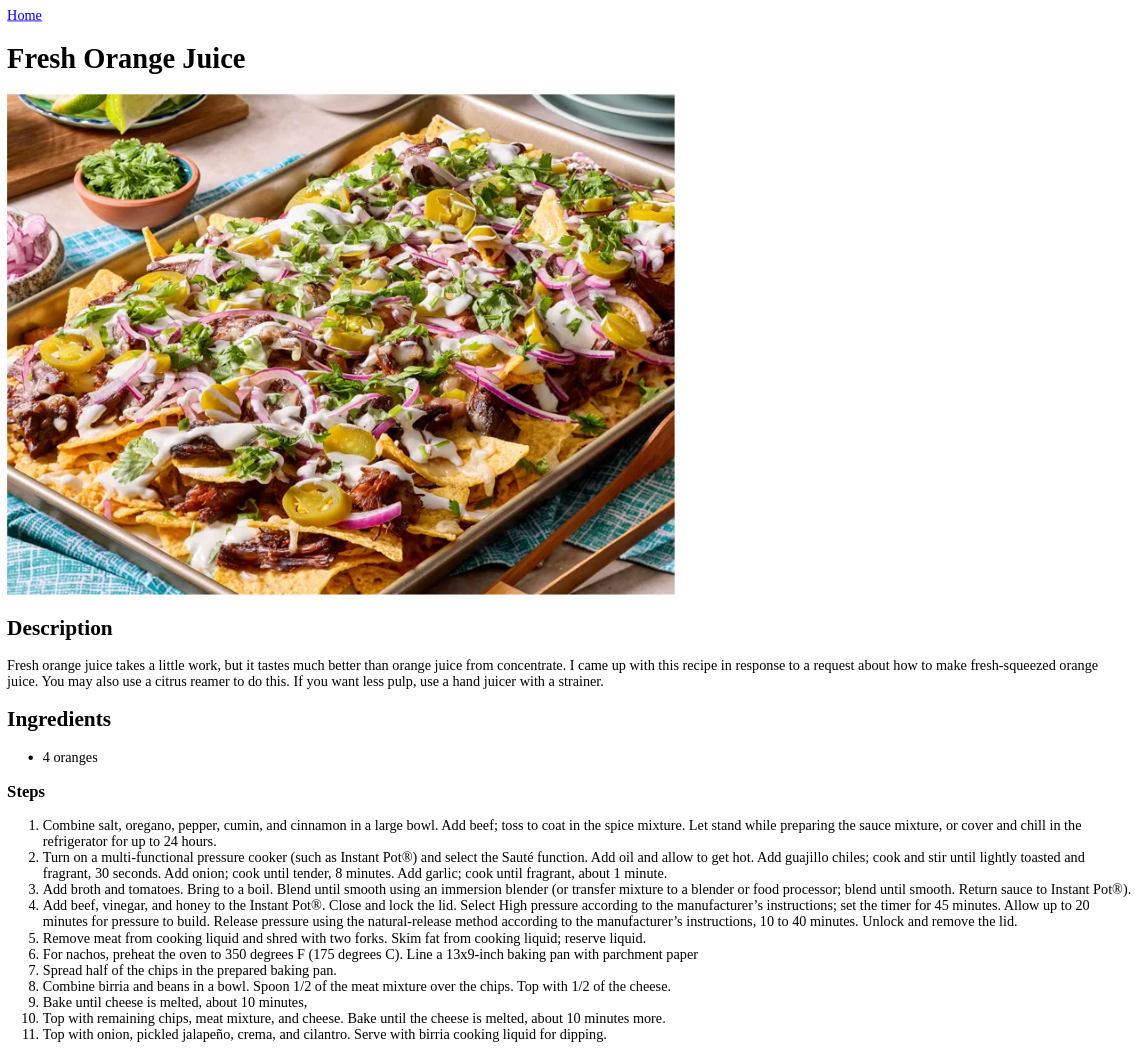
Repository: itsDevAK/odin-recipes
Page: recipes/orange-juice.html
An editor plug-in stored every save of this project. The page is shown before and after a run of saves, followed by the edit.
The browser window is 1280 px wide. The pictures show the whole page, at 89% of full size.

Above is the page before, as saved 2026-09-17 13:15:39.

After the next 2 saves:
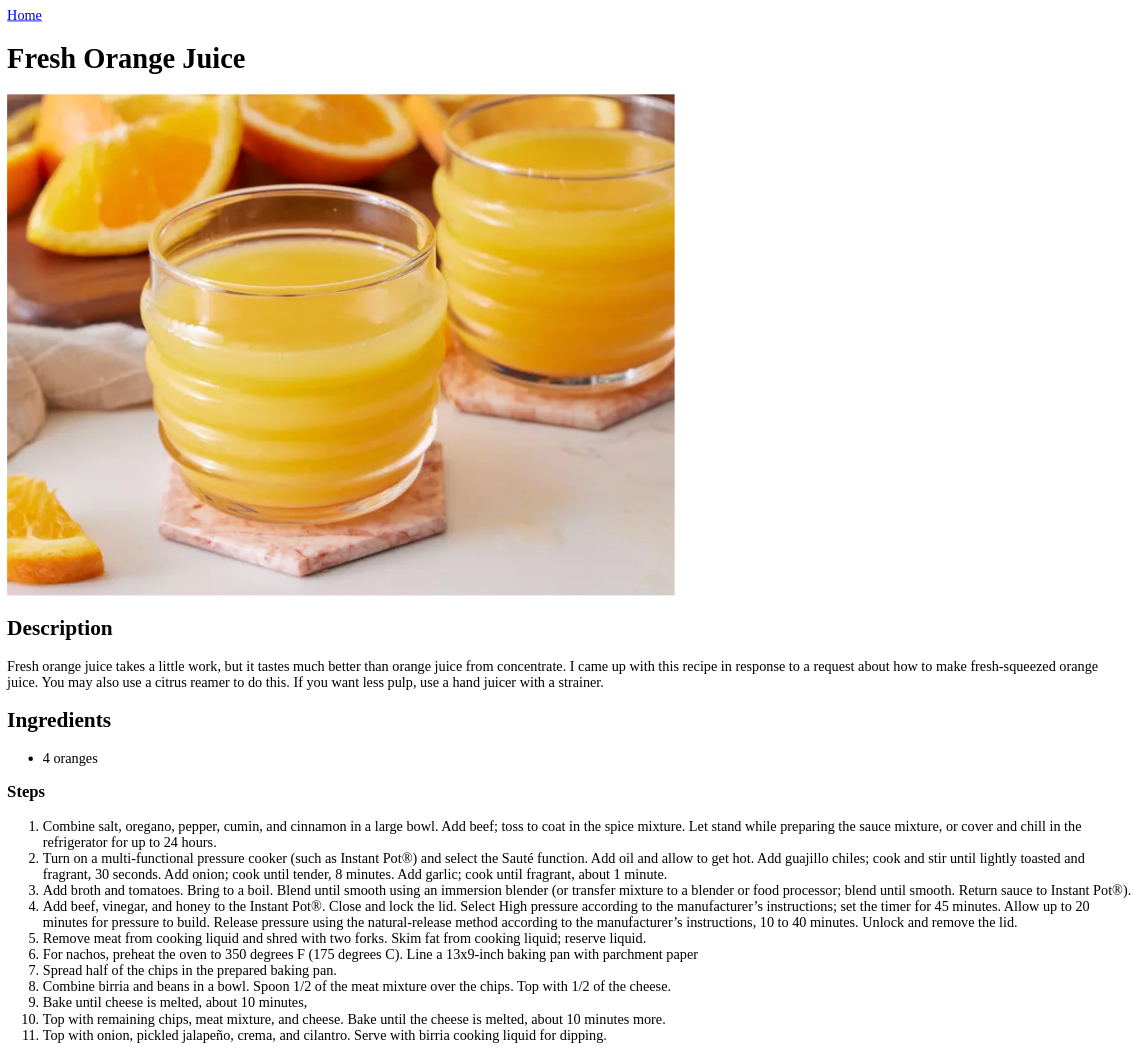
The 2 saves are shown as one change because they came seconds apart.
The last was saved 34 s later.
--- a/recipes/orange-juice.html
+++ b/recipes/orange-juice.html
@@ -8,7 +8,7 @@
 <body>
     <a href="../index.html">Home</a>
     <h1>Fresh Orange Juice</h1>
-    <img src="../images/nachos.webp" alt="">
+    <img src="../images/orange-juice.webp" alt="">
     <h2>Description</h2>
     <p>Fresh orange juice takes a little work, but it tastes much better than orange juice from concentrate. I came up with this recipe in response to a request about how to make fresh-squeezed orange juice. You may also use a citrus reamer to do this. If you want less pulp, use a hand juicer with a strainer.</p>
     <h2>Ingredients</h2>
